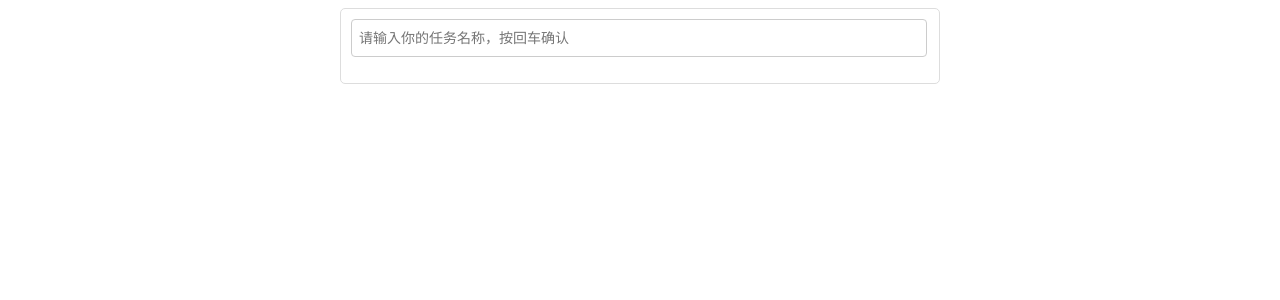
Repository: JYFlw/react
Page: / (app in react-app/)
The author's editor kept a copy of each file at every save. The page is drawn from the files as they stood at one save, then again after a run of saves.
The browser window is 1280 px wide. The pictures show the whole page.
The project was rebuilt for these pictures with package versions that can differ from the ones it lists, and the page was loaded fresh each time.

Above is the page before, as saved 2021-07-12 18:03:19.

### react-app/public/index.html
<!DOCTYPE html>
<html lang="en">
<head>
  <meta charset="UTF-8">
  <meta http-equiv="X-UA-Compatible" content="IE=edge">
  <meta name="viewport" content="width=device-width, initial-scale=1.0">
  <title>react脚手架</title>
</head>
<body>
  <div id="root"></div>
</body>
</html>

### react-app/src/index.js
//引入react核心库
import React from 'react';
//引入reactReactDOM
import ReactDOM from 'react-dom';
import './index.css';
//引入App
import App from './App';


ReactDOM.render(
  <App />,
  document.getElementById('root')
);

### react-app/src/components/Headers/index.css
/* header */
.todo-header input {
    width: 560px;
    height: 28px;
    font-size: 14px;
    border: 1px solid #CCC;
    border-radius: 4px;
    padding: 4px 7px;
}

.todo-header input:focus {
    outline: none;
    border-color:  rgba(82, 168, 236, .8);
    box-shadow: inset 0 1px 1px rgba(0, 0, 0, .075);
}

### react-app/src/App.jsx
import React, { Component } from 'react'
import Header from './components/Headers'
import List from './components/List'
import Footer from './components/Footers'
import './App.css'

export default class App extends Component {
  //初始化状态
  state = {
    todos:[
      {id:'001',name:'吃饭',done:true},
      {id:'002',name:'洗衣服',done:true},
      {id:'001',name:'拖地',done:false},
    ]
  }

  //updateTodo用于更新一个todo对象
  updateTodo = (id,done) => {
    const {todos} = this.state
    const newTodos = todos.map((todoObj)=>{
      if(todoObj.id === id) return {...todoObj,done}
      else return todoObj
    })
    this.setState({todos:newTodos})
  }
  //deleteTodo用于删除一个todo对象
  deleteTodo = id => {
    //获取原来的todos
    const {todos} = this.state
    //删除指定id的todo对象
    const newTodos = todos.filter((todoObj)=>{
      return todoObj.id !==id
    })
    //更新状态
    this.setState({todos:newTodos})
  }
  render() {
    const {todos} = this.state
    return (
      <div className="todo-container">
        <div className="todo-wrap">
          <Header/>
          <List todos={todos} updateTodo={this.updateTodo} deleteTodo={this.deleteTodo}/>
          <Footer />
        </div>
      </div>
    )
  }
}

### react-app/src/components/Headers/index.jsx
import React, { Component } from 'react'
import PropTypes from 'prop-types'
import {nanoid} from 'nanoid'
import './index.css'

export default class Headers extends Component {
    //对接受的props进行： 类型、必要性的限制
    static propTypes = {
        addTodo: PropTypes.func.isRequired
    }
    handleKeyUp = event => {

    }
    //键盘事件的回调
    handleKeyUp = event => {
        console.log(event)
        const {keyCode,target} = event
        if(keyCode !== 13) return
        if(target.value.trim() === ''){
            alert('输入不能为空')
        }
        const todoObj = {id:nanoid(),name:target.value,done:false}
        this.props.addTodo(todoObj)
        target.value = ''
    }
    render() {
        return (
            <div className="todo-header">
                <input type="text" onKeyUp={this.handleKeyUp} placeholder="请输入你的任务名称，按回车确认" />
            </div>
        )
    }
}

### react-app/src/components/List/index.jsx
import React, { Component } from 'react'
import PropTypes from 'prop-types'
import Item  from '../Item'
import './index.css'

export default class List extends Component {
    static proTypes = {
        todos:PropTypes.array.isRequired,
        updateTodo:PropTypes.func.isRequired,
        deleteTodo:PropTypes.func.isRequired
    }
    render() {
        const {todos,updateTodo,deleteTodo} = this.props
        return (
            <ul className="todo-main">
                {
                    todos.map( todo =>{
                        return <Item key={todo.id} {...todo} updateTodo={updateTodo} deleteTodo={deleteTodo}></Item>
                    })
                }
            </ul>
        )
    }
}

### react-app/src/components/Footers/index.jsx
import React, { Component } from 'react'

export default class Footers extends Component {
    render() {
        return (
            <div>

            </div>
        )
    }
}

### react-app/src/components/Item/index.jsx
import React, { Component } from 'react'

export default class Item extends Component {
    render() {
        return (
            <div>

            </div>
        )
    }
}

Loaded but not shown: react-app/src/App.css (common file)

After the next 2 saves:
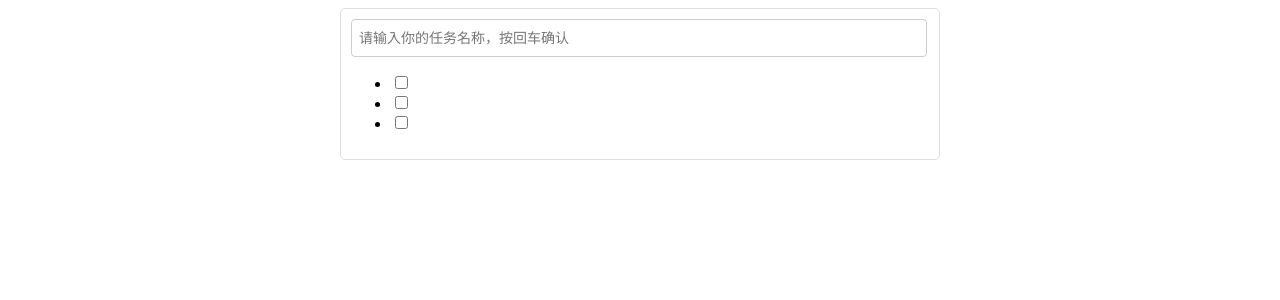
The 2 saves are shown as one change because 1 did not build or start.
The last was saved 15 h 55 min later.
--- a/react-app/src/components/Item/index.jsx
+++ b/react-app/src/components/Item/index.jsx
@@ -1,11 +1,23 @@
 import React, { Component } from 'react'
+import './index.css'
 
 export default class Item extends Component {
+    //标识鼠标移入、移出的
+    state = {mouse:false} //标识鼠标移入、移出
+    handleMose = flag => {
+        return () => {
+            this.setState({mouse:flag})
+        }
+    }
     render() {
+        console.log(this.props)
+        const {mouse} = this.state
         return (
-            <div>
-
-            </div>
+            <li style={{backgroundColor:mouse ? '#ddd' : 'white'}} onMouseEnter={this.handleMose(true)}>
+                <label>
+                    <input type="checkbox" />
+                </label>
+            </li>
         )
     }
 }
